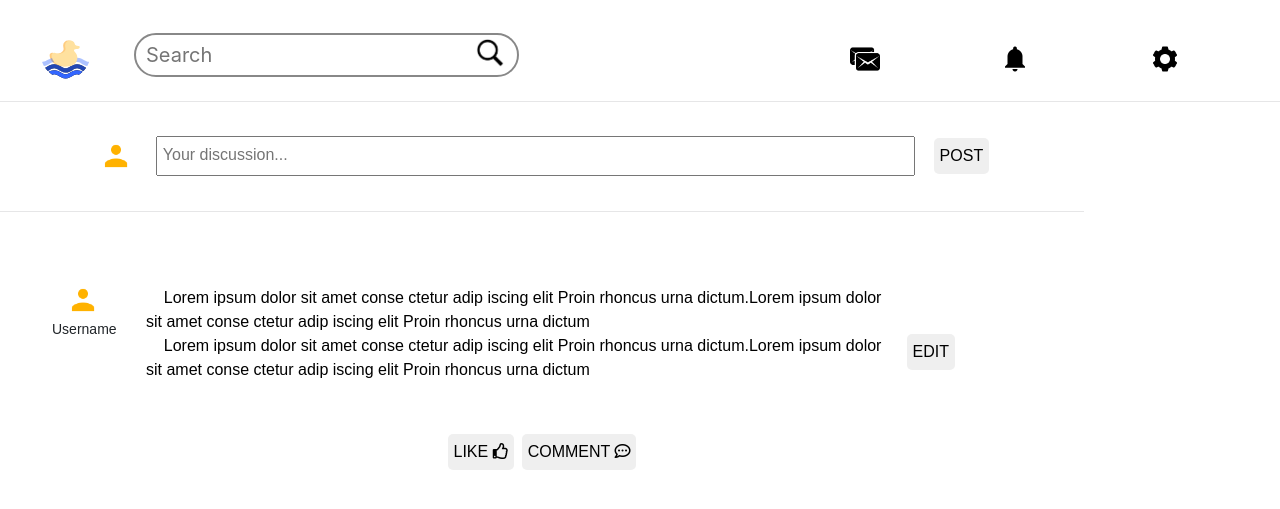
Repository: AOY311/DuckEdu
Page: discusion.html
The author's editor kept a copy of each file at every save. The page is drawn from the files as they stood at one save, then again after the next save.
The browser window is 1280 px wide. The pictures show the whole page.
Some web libraries are served in a nearby version.

Above is the page before, as saved 2021-10-23 23:27:59.
Not found: comment.css

After the next save:
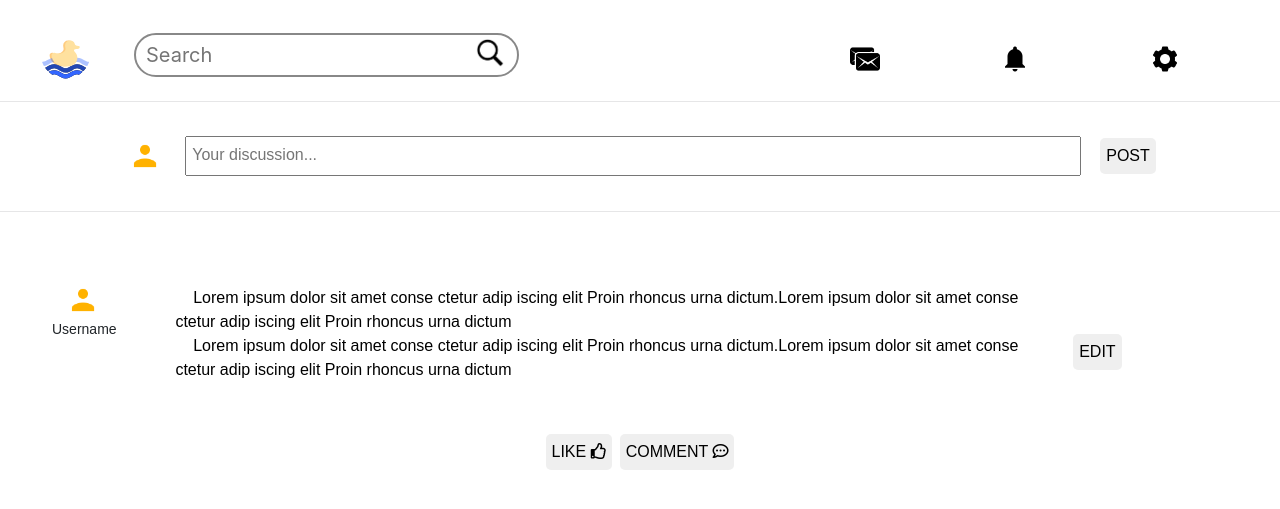
Saved 8 s later.
--- a/discusion.html
+++ b/discusion.html
@@ -20,7 +20,7 @@
             margin-bottom: 100px;
             padding: 0;
             font-family: sans-serif;
-            max-width: 1084px;
+            max-width: 1504px;
         }
 
         .img-avt {
